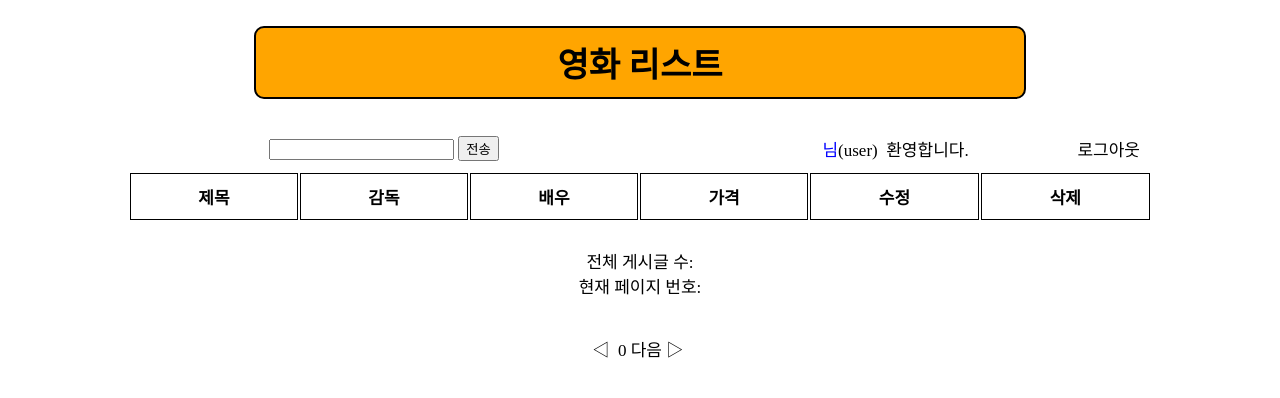
Repository: EverythingOfC/movie
Page: http://localhost/movie/movie/list.jsp
These files come from the project's save history. The page is drawn as it stood at one moment and after the next save; the edit follows.
The browser window is 1280 px wide. The pictures show the whole page.
The page is served by Tomcat 9. Nobody is signed in. The application's start-up code is not run. The template is opened directly, without the code that normally fills it, so the values that code supplies are empty.

Above is the page before, as saved 2023-01-03 09:46:11.

After the next save:
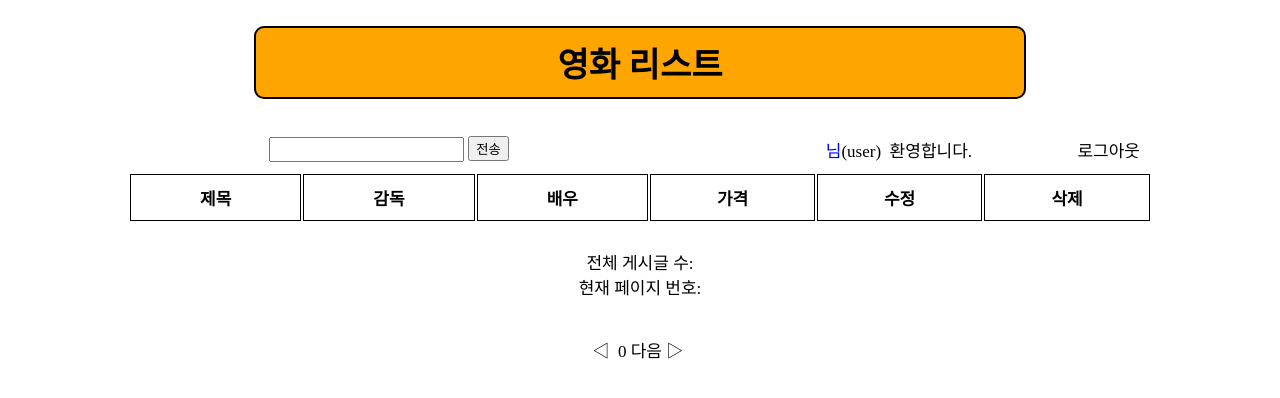
Saved 47 s later.
--- a/movie/src/main/webapp/movie/list.jsp
+++ b/movie/src/main/webapp/movie/list.jsp
@@ -20,7 +20,7 @@
 			<tr>
 				<td colspan="3" style="border:0; text-align:center;">
 				<form action="ms" method="get">
-					<input type="text" name="search">
+					<input type="text" name="search" style="padding:3px 7px;">
 					<input type="submit" value="전송">
 				</form>
 				</td>
